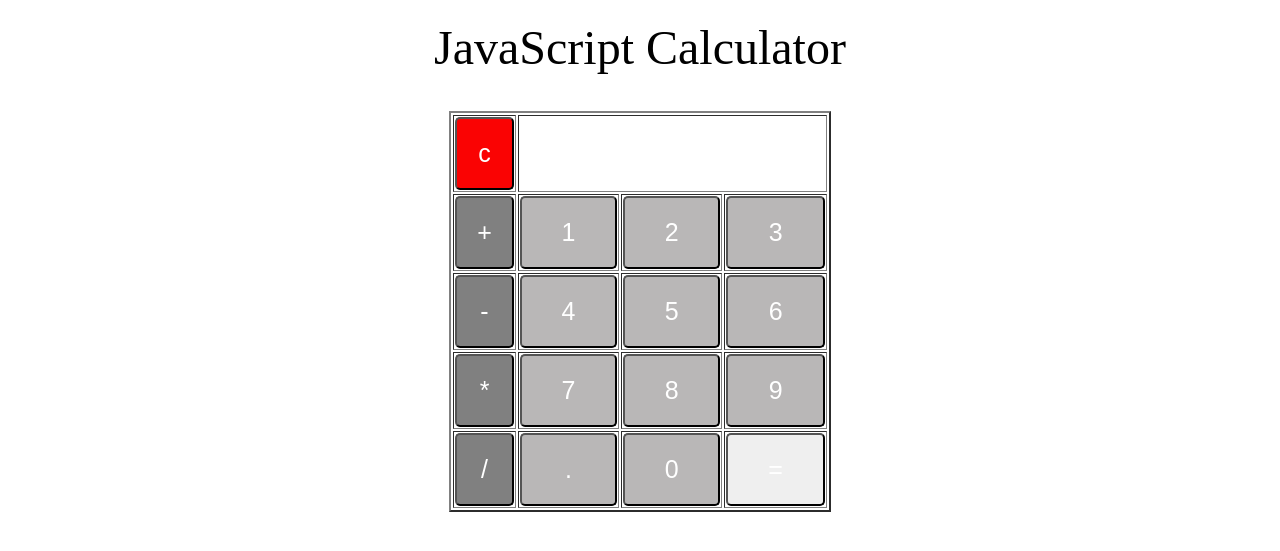
Repository: spidero7/Simple-Calculator
Page: index.html
The author's editor kept a copy of each file at every save. The page is drawn from the files as they stood at one save, then again after a run of saves.
The browser window is 1280 px wide. The pictures show the whole page.

Above is the page before, as saved 2021-09-15 08:39:37.

### index.html
<!DOCTYPE html>
<html lang="en">
<head>
    <meta charset="UTF-8">
    <meta http-equiv="X-UA-Compatible" content="IE=edge">
    <meta name="viewport" content="width=device-width, initial-scale=1.0">
    <title>Calculator</title>
    <link rel="stylesheet" href="style.css">
</head>
<body>
        <div class="title">JavaScript Calculator</div>
        <div class="calculator-container">
            <table border="2">
                <tr>
                    <td><input type="button" value="c" onclick="clr()"/></td>
                    <td colspan="3"><input type="text" id="textval"/></td>
                </tr>
                <tr>
                    <td><input type="button" value="+" class="action" onclick="display('+')"/></td>
                    <td><input type="button" value="1" class="numbers" onclick="display('1')"/></td>
                    <td><input type="button" value="2" class="numbers" onclick="display('2')"/></td>
                    <td><input type="button" value="3" class="numbers" onclick="display('3')"/></td>
                </tr>
                <tr>
                    <td><input type="button" value="-" class="action" onclick="display('-')"/></td>
                    <td><input type="button" value="4" class="numbers" onclick="display('4')"/></td>
                    <td><input type="button" value="5" class="numbers" onclick="display('5')"/></td>
                    <td><input type="button" value="6" class="numbers" onclick="display('6')"/></td>
                </tr>
                <tr>
                    <td><input type="button" value="*" class="action" onclick="display('*')"/></td>
                    <td><input type="button" value="7" class="numbers" onclick="display('7')"/></td>
                    <td><input type="button" value="8" class="numbers" onclick="display('8')"/></td>
                    <td><input type="button" value="9" class="numbers" onclick="display('9')"/></td>
                </tr>
                <tr>
                    <td><input type="button" value="/" class="action" onclick="display('/')"/></td>
                    <td><input type="button" value="." class="numbers" onclick="display('.')"/></td>
                    <td><input type="button" value="0" class="numbers" onclick="display('0')"/></td>
                    <td><input type="button" value="=" class="equals" onclick="equals()"/></td>
                </tr>
            </table>
        </div>
    <script src="app.js"></script>
</body>
</html>

### style.css
* {
    box-sizing: border-box;
}

body {
    margin: 0;
    padding: 0;
}

.calculator-container {
    display: flex;
    justify-content: center;
    align-items: center;
    width: 100vw;
    height: 60vh;
}

.title {
    display: flex;
    text-align: center;
    margin: 20px;
    font-size: 3rem;
    justify-content: center;
}


input[type="button"] {
    color: white;
    border-radius: 5px;
    border-color: black;
    width: 100%;
    padding: 20px;
    font-size: 25px;
    cursor: pointer;
}

input[type="text"] {
    text-align: right;
    background-color: none;
    color: black;
    border: none;
    width: 100%;
    padding: 20px;
    font-size: 20px;
}

input[value="c"] {
    background-color: rgb(250, 3, 3);
}

.action {
    background-color: grey;
}

.numbers {
    background-color: rgb(185, 183, 183);
}

.equals {
    background-color: ;
}

### app.js
function display(val) {
    document.getElementById("textval").value+=val
}

function equals() {
    let x = document.getElementById("textval").value
    let y = eval(x)
    document.getElementById('textval').value = y
}

function clr() {
    document.getElementById('textval').value = ""
}

After the next 2 saves:
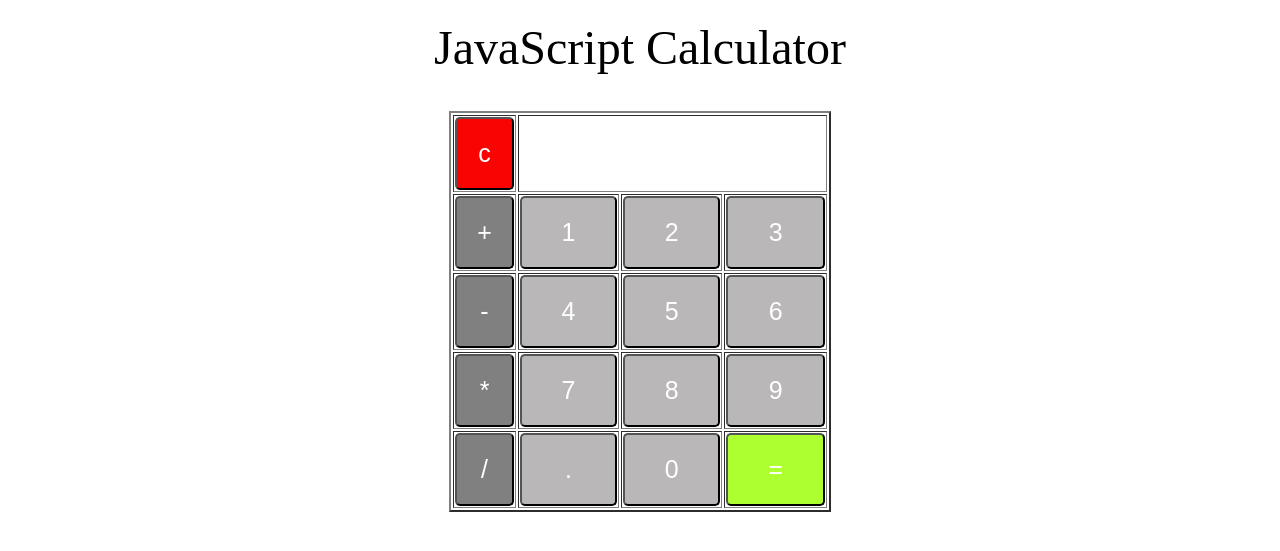
The 2 saves are shown as one change because they came seconds apart.
The last was saved 7 s later.
--- a/style.css
+++ b/style.css
@@ -57,5 +57,5 @@ input[value="c"] {
 }
 
 .equals {
-    background-color: ;
+    background-color: greenyellow;
 }
